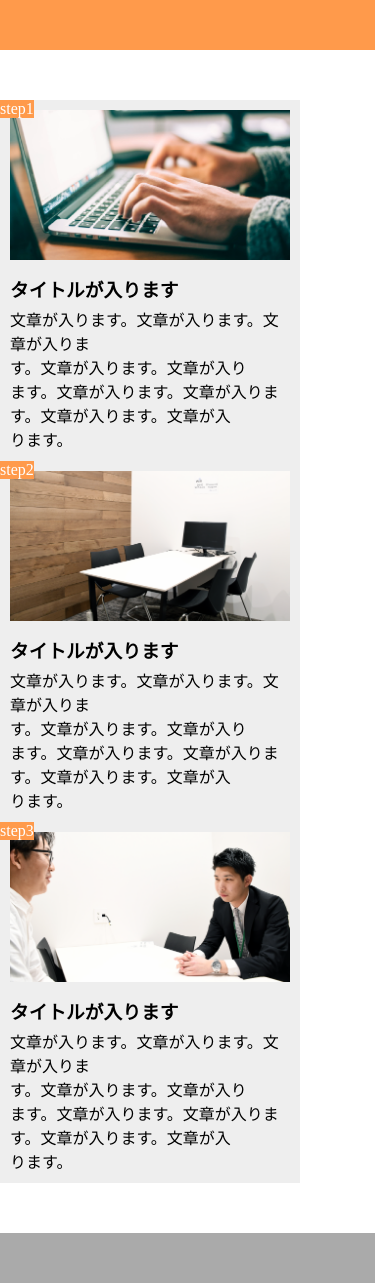
Repository: ryosei-110/HTML-CSS-
Page: KADAI-1/kadai-1.html
The author's editor kept a record of every edit. The page is drawn from the files as they stood at one moment, then again after the next edit.
The browser window is 375 px wide. The pictures show the whole page.

Above is the page before.

After the next edit:
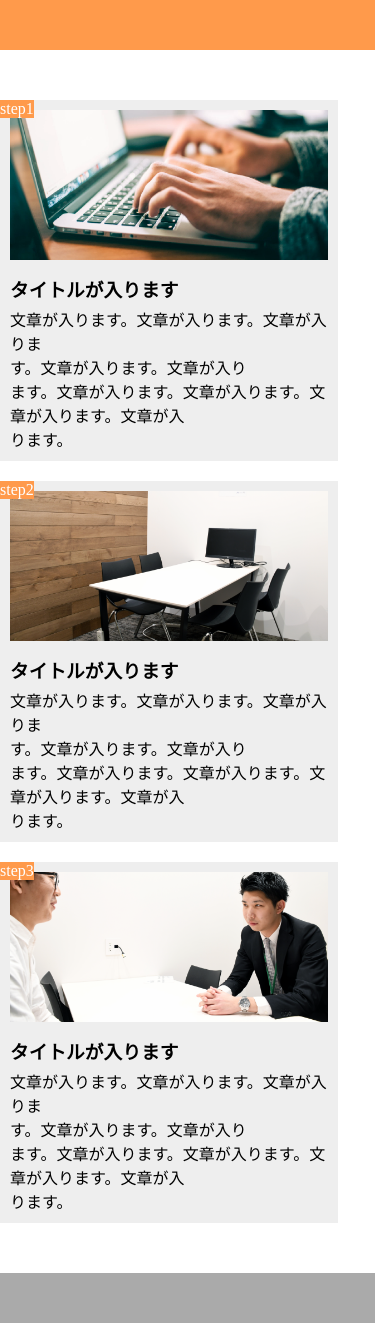
The edit:
--- a/KADAI-1/kadai-1.css
+++ b/KADAI-1/kadai-1.css
@@ -88,7 +88,15 @@
 main {
   width: 100%;
   display: block;
+}
 
+.box {
+  width: 90%;
+  margin-bottom: 20px;
+}
+
+.box:last-child {
+  margin-bottom: 0;
 }
 
 
